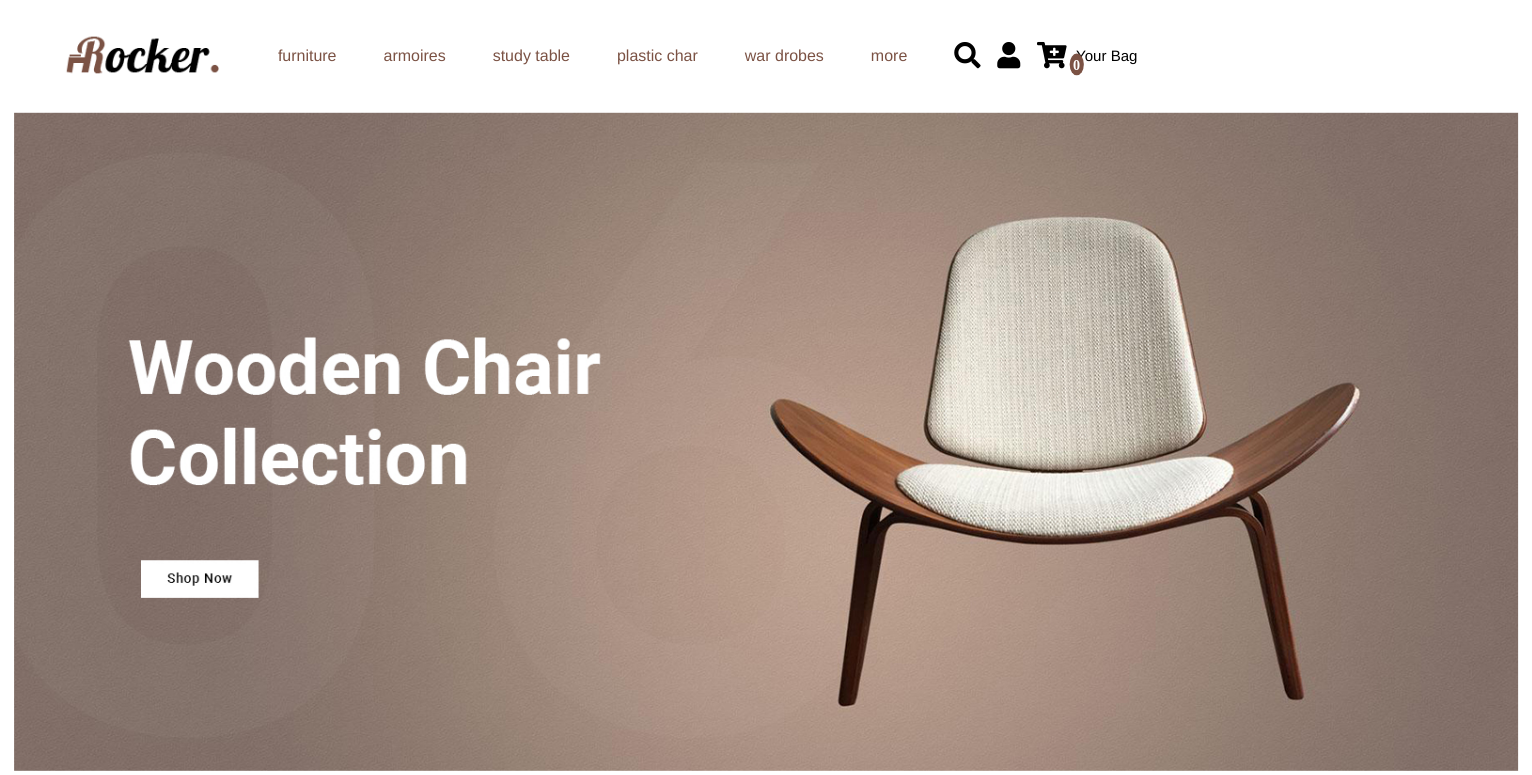
Repository: Ahmed123rezk123/p2-template
Page: index.html
An editor plug-in stored every save of this project. The page is shown before and after a run of saves, followed by the edit.
The browser window is 1280 px wide. The page is 1630 px wide, then 1280 px, so the pictures cover 1630 px, including what lies to the right of the window. The pictures show the whole page, at 94% of full size.

Above is the page before, as saved 2024-01-21 20:29:38.

### index.html
<!DOCTYPE html>
<html lang="en">
<head>
   <meta charset="UTF-8">
    <title>Project2</title>
  <link rel="stylesheet" href="css/style.css">
  <link rel="stylesheet" href="css/all.css">
</head>
<body>
    <!-- Header -->
    <header>
        <div class="container">
        <div class="logo">
            <a href="#"><img src="images/logo.png" alt="LOGO"></a>
        </div>
        <nav>
            <ul>
                <li><a href="#">furniture</a></li>
                <li><a href="#">armoires</a></li>
                <li><a href="#">study table</a></li>
                <li><a href="#">plastic char</a></li>
                <li><a href="#">war drobes</a></li>
                <li><a href="#">more</a></li>
            </ul>
            <div class="icons">
            <i class="fas fa-search"></i>
            <i class="fas fa-user"></i>
            <i class="fas fa-cart-plus i3"></i>
            </div>
        <span>Your Bag</span>
        </nav>
        </div>
    </header>
    <!-- Section1 -->
    <section class="section1">
        <div class="container">
            <img src="images/main-banner-1-1600x700.jpg" alt="">
        </div>
    </section>
</body>
</html>

### css/style.css
/* Start variables */
:root {
    --maincolor: #7b5244;
    --subcolor: #333;
}
/* End variables */
/* Start Global Rules   */
* {
    -webkit-box-sizing: border-box;
    -moz-box-sizing: border-box;
    box-sizing: border-box;
   padding: 0;
   margin: 0;
}
body {
    font-family: 'Franklin Gothic Medium', 'Arial Narrow', Arial, sans-serif;
}
html {
    scroll-behavior: smooth;
}
ul {
    list-style: none;
}
.container {
    padding-left: 15px;
    padding-right: 15px;
    margin-left: auto;
    margin-right: auto;
}

/* Small */

@media(min-width: 768px) {
    .container {
       width: 750px;
    }
}

/* Medium */

@media(min-width: 992px) {
    .container {
        width: 970px;
    }
}

/* Large  */

@media(min-width: 1200px) {
    .container {
        width: 1170px;
    }
}
/* End Global Rules   */
/* Start Header */
header .container {
    display: flex;
    justify-content: space-between;
    align-items: center;
    position: relative;
    min-height: 97px;
 }
 header nav {
    flex: 1;
    display: flex;
    align-items: center;
    justify-content: flex-end;
}
 header nav ul {
    display: flex;

}
header nav ul li a {
    display: block;
    color: var(--maincolor);
    text-decoration: none;
    font-size: 17px;
    padding: 50px 0px;
    margin-right: 50px;
}

header nav .icons {
    font-weight: bold;
    font-size: 28px;
   word-spacing: 10px;
   margin-right: 10px;
}
header nav .icons .i3::after {
    position: absolute;
    content: "0";
    background-color: #7b5244;
    color: #fff;
    padding: 4px;
    border-radius: 50%;
    font-size: 15px;
    bottom: 40px;
    right: 72px;

}
/* End Header */
/* Start section 1 */
.section1 .container {
   position: relative;
    width: 80%;
}
.section1 .container {
   position: absolute;
    width: inherit;
}
/* End section 1 */

Loaded but not shown: css/all.css (library)

After the next 2 saves:
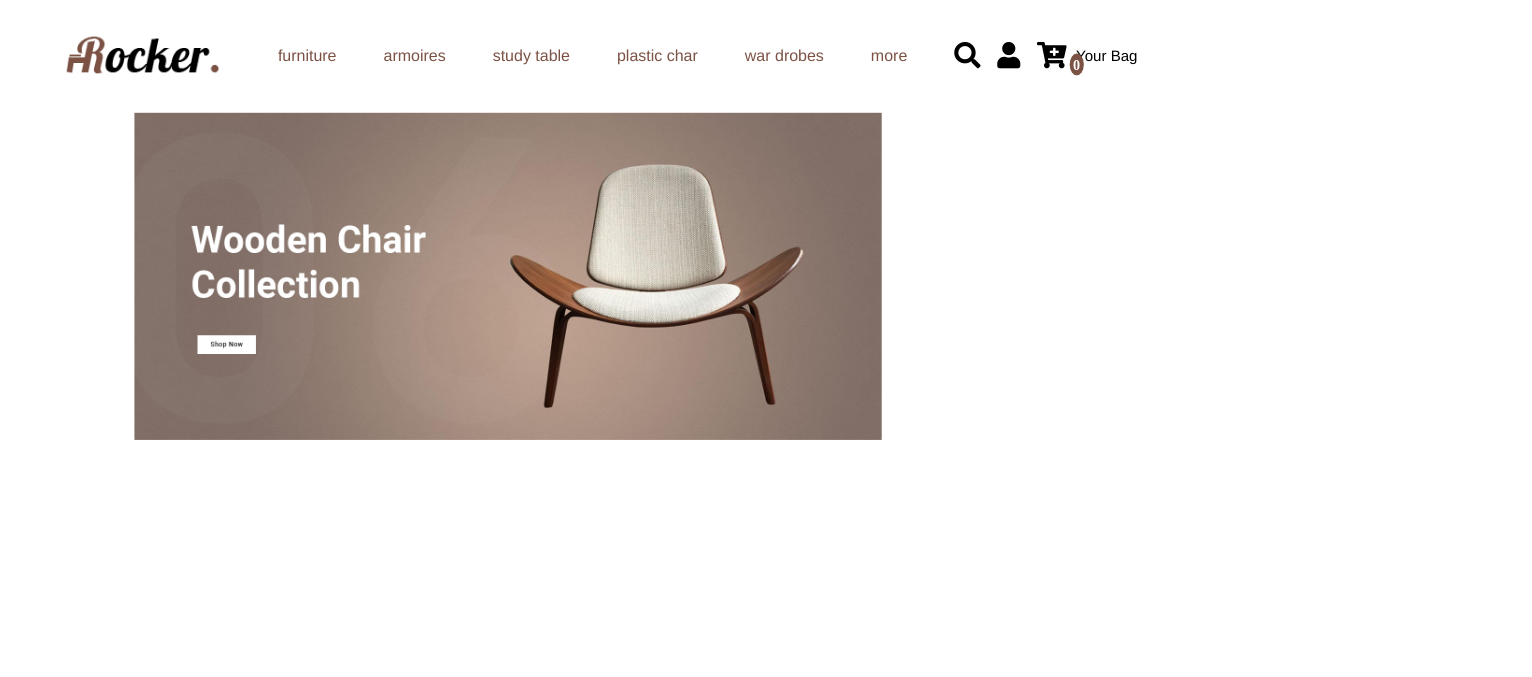
The 2 saves are shown as one change because they came seconds apart.
The last was saved 8 s later.
--- a/css/style.css
+++ b/css/style.css
@@ -103,8 +103,8 @@
    position: relative;
     width: 80%;
 }
-.section1 .container {
-   position: absolute;
+.section1 .container img{
+
     width: inherit;
 }
 /* End section 1 */
